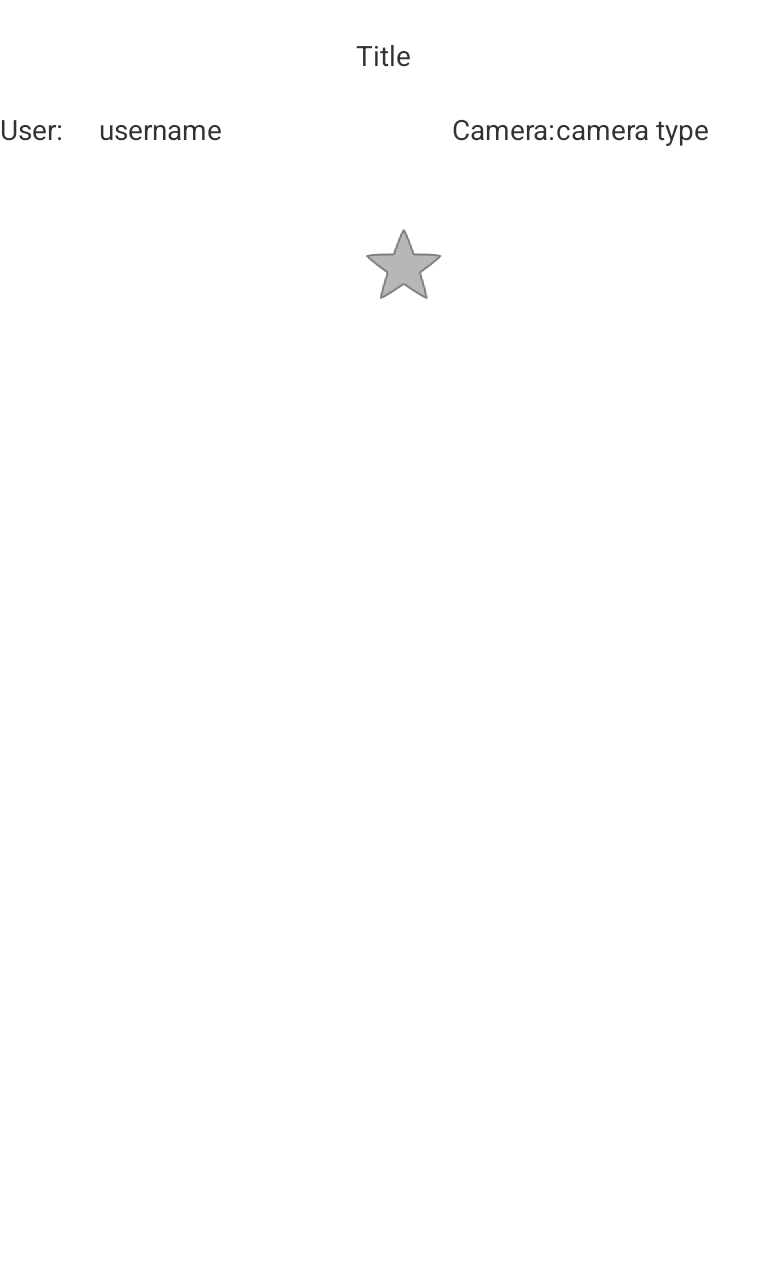
Repository: arianaantonio/Java2_Antonio
Layout: SpaceImageViewer/res/layout/details_activity.xml
The author's editor kept a copy of each file at every save. The layout is drawn from the files as they stood at one save, then again after the next save.
It is drawn on a 768 x 1280 px phone screen (xhdpi) without system bars, with theme AppTheme; the app's code is not run.

Above is the layout before, as saved 2014-07-15 07:05:15.

After the next save:
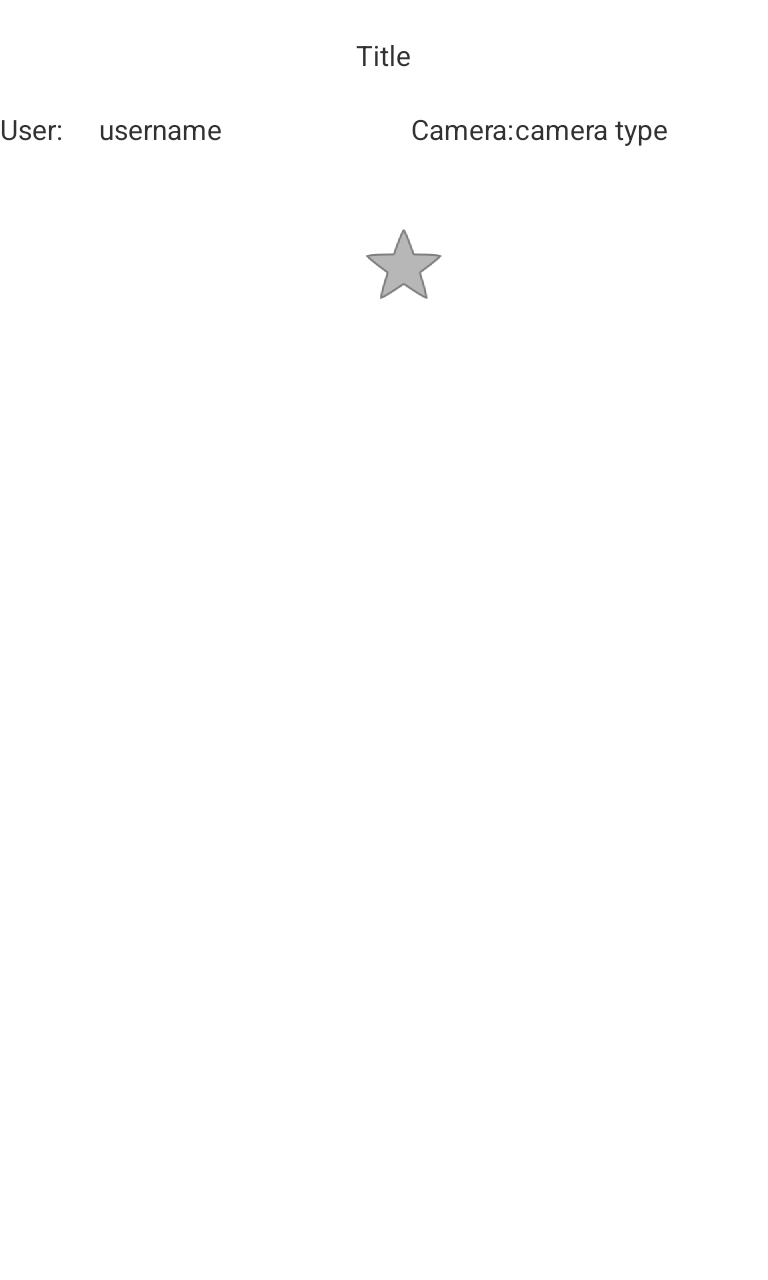
Saved 24 s later.
--- a/SpaceImageViewer/res/layout/details_activity.xml
+++ b/SpaceImageViewer/res/layout/details_activity.xml
@@ -57,9 +57,9 @@
         android:id="@+id/camera"
         android:layout_width="wrap_content"
         android:layout_height="wrap_content"
-        android:layout_alignBaseline="@+id/user"
-        android:layout_alignBottom="@+id/user"
-        android:layout_toRightOf="@+id/ratingBar"
+        android:layout_alignBaseline="@+id/cameraType"
+        android:layout_alignBottom="@+id/cameraType"
+        android:layout_toRightOf="@+id/title"
         android:text="Camera:" />
 
 </RelativeLayout>
